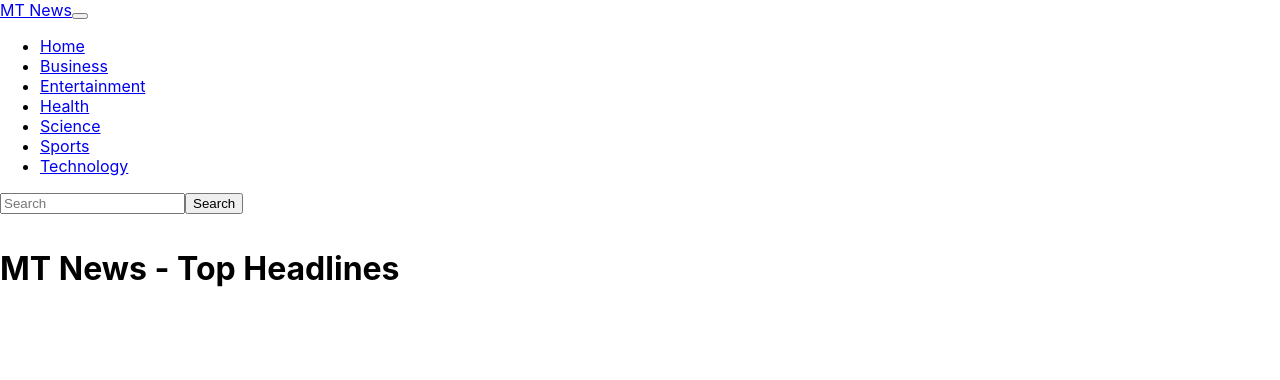
Repository: professorsourabh/news_website_using-ReactJS
Page: /
The author's editor kept a copy of each file at every save. The page is drawn from the files as they stood at one save, then again after the next save.
The browser window is 1280 px wide. The pictures show the whole page.
The page's requests for data from a server got no answer. The project was rebuilt for these pictures with package versions that can differ from the ones it lists, and the page was loaded fresh each time. No one was signed in, and anything a server would have sent is missing. Also part of the build but not shown: src/Components/NewsaItem.js.

Above is the page before, as saved 2023-05-19 16:38:43.

After the next save:
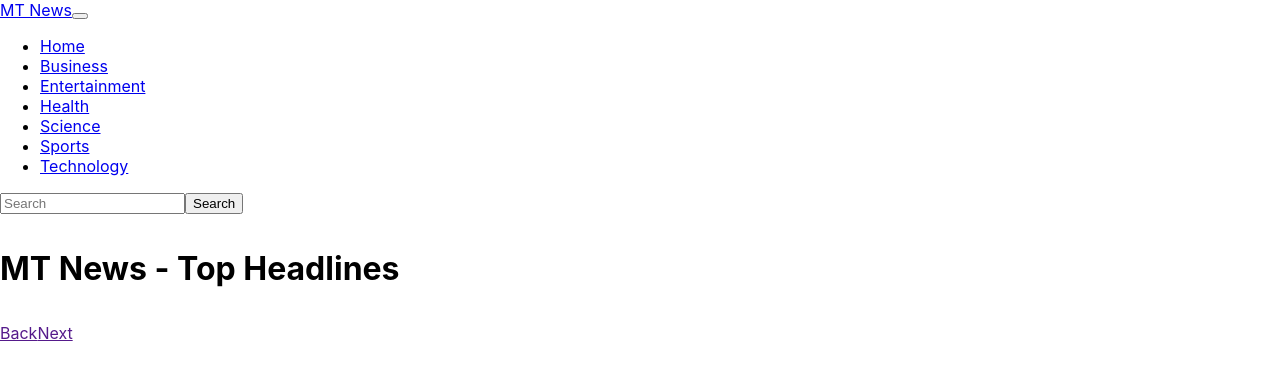
Saved 6 days later.
--- a/src/Components/News.js
+++ b/src/Components/News.js
@@ -20,6 +20,7 @@ export class News extends Component {
     this.state = {
       articles: [],
       loading: false,
+      page:1
     };
   }
 
@@ -36,10 +37,10 @@ export class News extends Component {
   fetchArticles = async () => {
     const { country, category } = this.props;
     const apiKey = '6de024851937497c9017d3f0f0e104a4'; // Replace with your NewsAPI API key
-
+    const page=1;
     try {
       this.setState({ loading: true });
-      const url = `https://newsapi.org/v2/top-headlines?country=${country}&category=${category}&apiKey=${apiKey}`;
+      const url = `https://newsapi.org/v2/top-headlines?country=${country}&category=${category}&apiKey=${apiKey}&page=${page}`;
       const response = await fetch(url);
       const data = await response.json();
       this.setState({ articles: data.articles, loading: false });
@@ -76,7 +77,12 @@ export class News extends Component {
               </div>
             ))}
           </div>
+
         )}
+        <div className="container">
+            <a href="" className="btn btn-primary "> Back</a>
+            <a href="" className="btn btn-primary">Next</a>
+            </div>
       </div>
     );
   }
